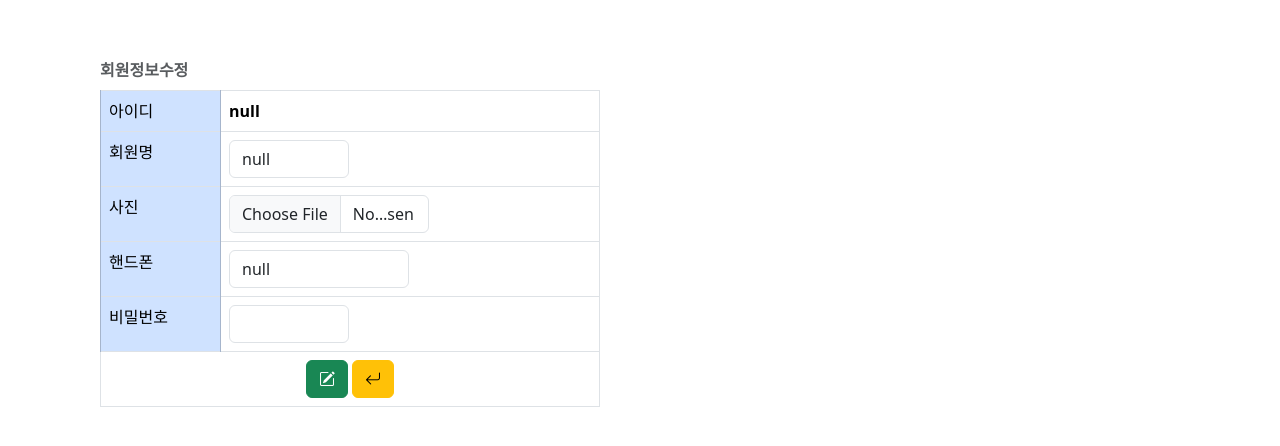
Repository: JunbroGit/SistProject
Page: http://localhost/jsaAjaxProject/mem_gaip/updateForm.jsp
An editor plug-in stored every save of this project. The page is shown before and after the next save, followed by the edit.
The browser window is 1280 px wide. The pictures show the whole page.
Some web fonts or font styles are not loaded; a fallback is used. The page is served by Tomcat 9. Queries for data that is not in the repository find no rows.

Above is the page before, as saved 2024-03-19 02:02:57.

After the next save:
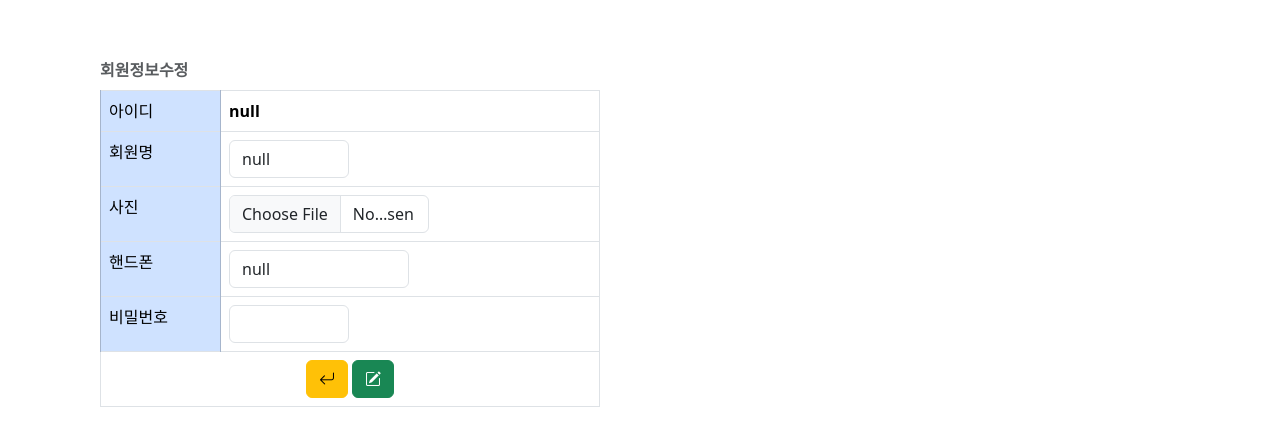
Saved 17 s later.
--- a/jspwork/jsaAjaxProject/src/main/webapp/mem_gaip/updateForm.jsp
+++ b/jspwork/jsaAjaxProject/src/main/webapp/mem_gaip/updateForm.jsp
@@ -55,8 +55,8 @@
 			</tr>
 			<tr>
 				<td colspan="2" align="center">
+					<button type="button" class="btn btn-warning" onclick="history.back()"><i class="bi bi-arrow-return-left"></i></button>
 					<button type="submit" class="btn btn-success" id="btnupdate"><i class="bi bi-pencil-square"></i></button>
-					<button type="button" class="btn btn-warning" onclick="history.back()"><i class="bi bi-arrow-return-left"></i></button>
 				</td>
 			</tr>
 		</table>

After the save that followed:
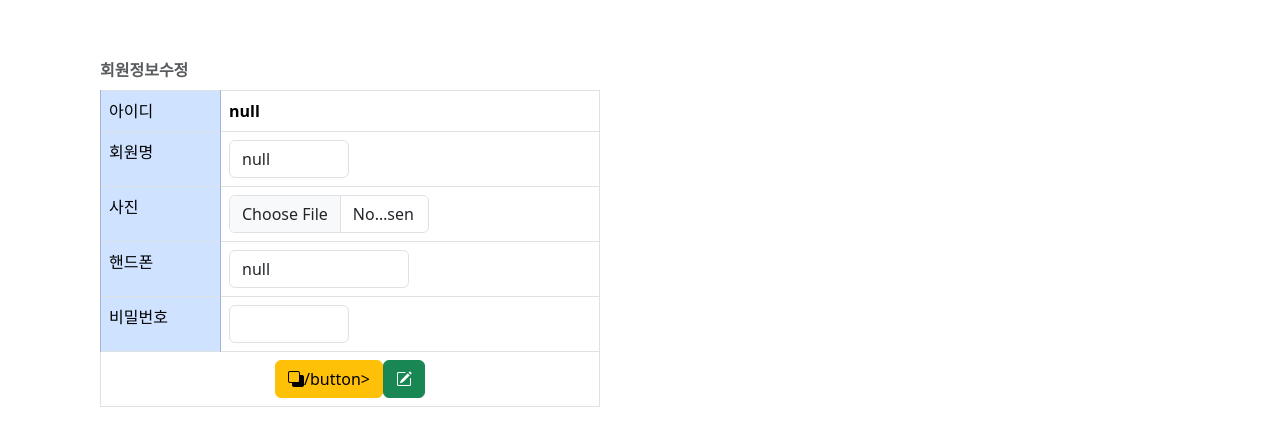
Saved 70 s later.
--- a/jspwork/jsaAjaxProject/src/main/webapp/mem_gaip/updateForm.jsp
+++ b/jspwork/jsaAjaxProject/src/main/webapp/mem_gaip/updateForm.jsp
@@ -55,7 +55,7 @@
 			</tr>
 			<tr>
 				<td colspan="2" align="center">
-					<button type="button" class="btn btn-warning" onclick="history.back()"><i class="bi bi-arrow-return-left"></i></button>
+					<button type="button" class="btn btn-warning" onclick="history.back()"><i class="bi bi-back"></i>/button>
 					<button type="submit" class="btn btn-success" id="btnupdate"><i class="bi bi-pencil-square"></i></button>
 				</td>
 			</tr>
